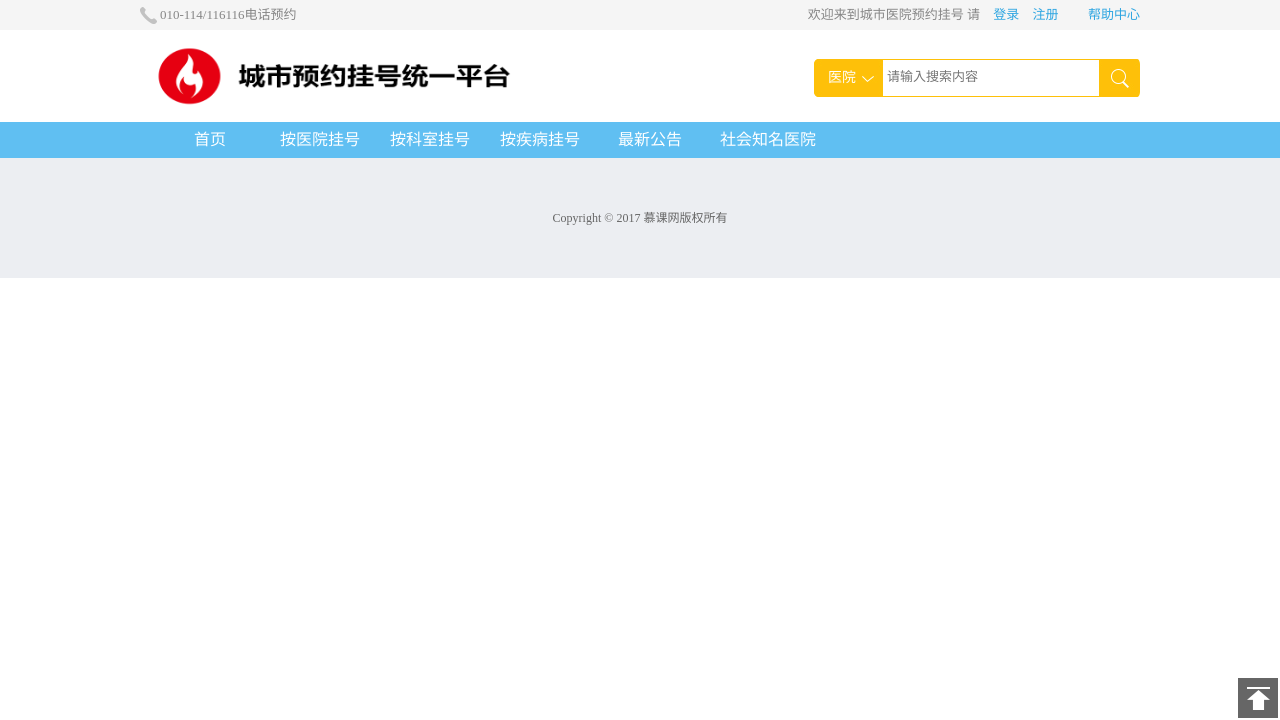
Repository: ScarApocalypse/study
Page: 挂号平台/hosptial.html
An editor plug-in stored every save of this project. The page is shown before and after the next save, followed by the edit.
The browser window is 1280 px wide. The pictures show the whole page.

Above is the page before, as saved 2019-01-21 15:22:35.

After the next save:
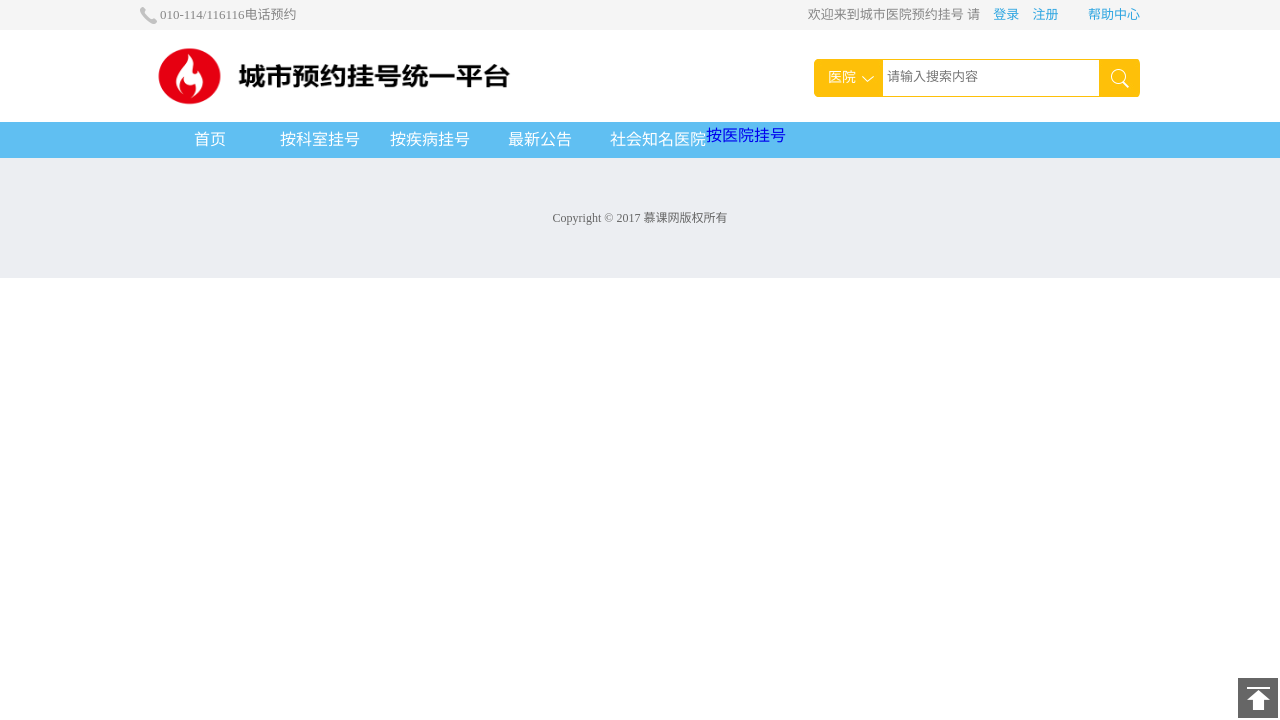
Saved 62 s later.
--- a/挂号平台/hosptial.html
+++ b/挂号平台/hosptial.html
@@ -47,7 +47,7 @@
 	<div id="nav" class="nav">
 		<div class="wrap">
             <a href="index.html" class="link">首页</a>
-			<a href="hosptial.html" class="link link_focus">按医院挂号</a>
+			<a href="hosptial.html" class="link_focus">按医院挂号</a>
 			<a href="#" class="link">按科室挂号</a>
 			<a href="#" class="link">按疾病挂号</a>
 			<a href="#" class="link">最新公告</a>

After the save that followed:
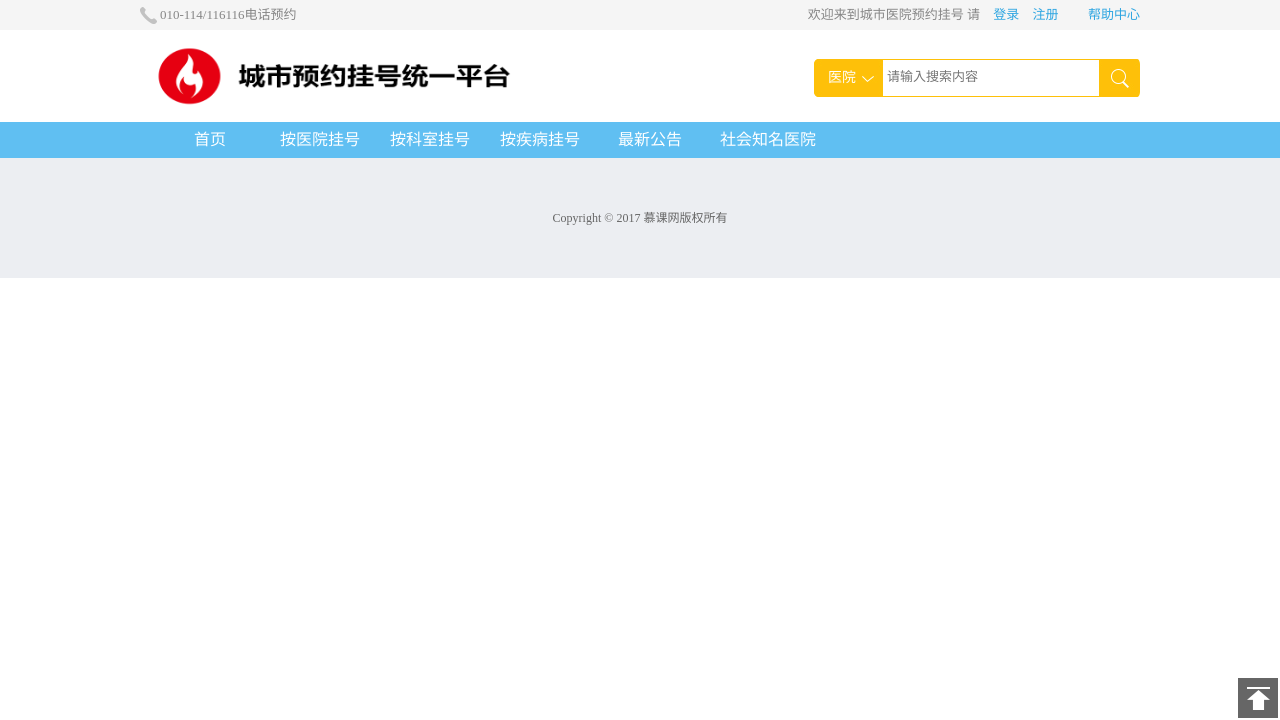
Saved 4 s later.
--- a/挂号平台/hosptial.html
+++ b/挂号平台/hosptial.html
@@ -47,7 +47,7 @@
 	<div id="nav" class="nav">
 		<div class="wrap">
             <a href="index.html" class="link">首页</a>
-			<a href="hosptial.html" class="link_focus">按医院挂号</a>
+			<a href="hosptial.html" class="link link_focus">按医院挂号</a>
 			<a href="#" class="link">按科室挂号</a>
 			<a href="#" class="link">按疾病挂号</a>
 			<a href="#" class="link">最新公告</a>
